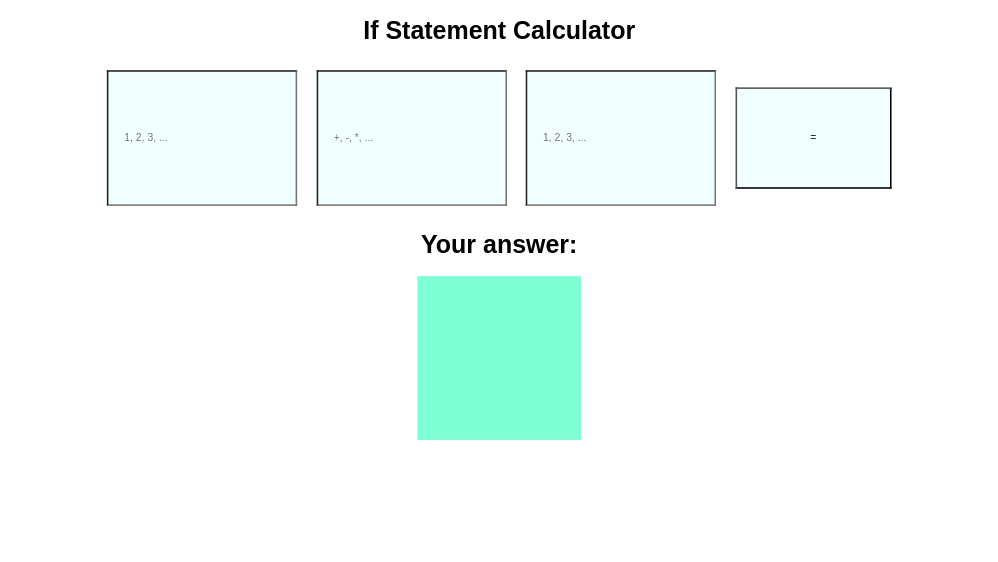
Repository: WesleyErasmus/threeInputCalculator
Page: html/if-calculator.html
These files come from the project's save history. The page is drawn as it stood at one moment and after the next save; the edit follows.
The browser window is 1280 px wide. The pictures show the whole page, at 78% of full size.

Above is the page before, as saved 2022-04-27 22:13:35.

### html/if-calculator.html
<!DOCTYPE html>
<html lang="en">
<head>
    <meta charset="UTF-8">
    <meta http-equiv="X-UA-Compatible" content="IE=edge">
    <meta name="viewport" content="width=device-width, initial-scale=1.0">
    <title>JS If Calculator</title>
    <link rel="stylesheet" href="/css/stylesheet.css">
    <script src="/js/if-calculator.js"></script>

</head>
<body>

<center>
    <form onsubmit="return false;">
        <h1>If Statement Calculator</h1>
        <!-- <div class="inputField"> -->
        <!-- <label for="input1">Enter a number</label> -->
         <input id="input1" type="text" name = "input1" placeholder="1, 2, 3, ..."> <!-- input-1 -->
        </div>
        <!-- <div class="inputField"> -->
         <!-- <label for="input3">Enter operator</label> -->
         <input id="input3" type="text" name = "input3" placeholder="+, -, *, ..."> <!-- input-3 (operator) -->
        </div>
        <!-- <div class="inputField"> -->
         <!-- <label for="input2">Enter a number </label> -->
         <input id="input2" type="text" name = "input2" placeholder="1, 2, 3, ..."> <!-- input-2 -->
        </div>
         <button onclick="sum()">=</button>
         <h1>Your answer:</h1>
         <p id="output"></p>
    </form>
</center>
</body>
</html>

### css/stylesheet.css
body {
font-family: sans-serif;
}
form {
display: block;
margin: 0 auto;
}
input {
    background-color: azure;
    width: 200px;
    height: 130px;
    padding: 20px;
    margin: 10px;

}
button {
    background-color: azure;
    width: 200px;
    height: 130px;
    padding: 0;
    margin: 10px;
}
p {
    width: 210px;
    height: 210px;
    background-color: aquamarine;
}

### js/if-calculator.js
function sum() {
const num1 = document.getElementById("input1").value;
const num2 = document.getElementById("input2").value;
const operator = document.getElementById("input3").value;
const output = document.getElementById("output").value;
  let answer;
  document.getElementById("output").value;
  if (operator == '+') {
    answer = +num1 + +num2;
    document.getElementById("output").innerHTML = answer;
  } else if (operator == '-') {
    answer = num1 - num2;
    document.getElementById("output").innerHTML = answer;
  } else if (operator == '*') {
    answer = num1 * num2;
    document.getElementById("output").innerHTML = answer;
  } else {
    answer = num1 / num2;
    document.getElementById("output").innerHTML = answer;
  }console.log(answer);
}

After the next save:
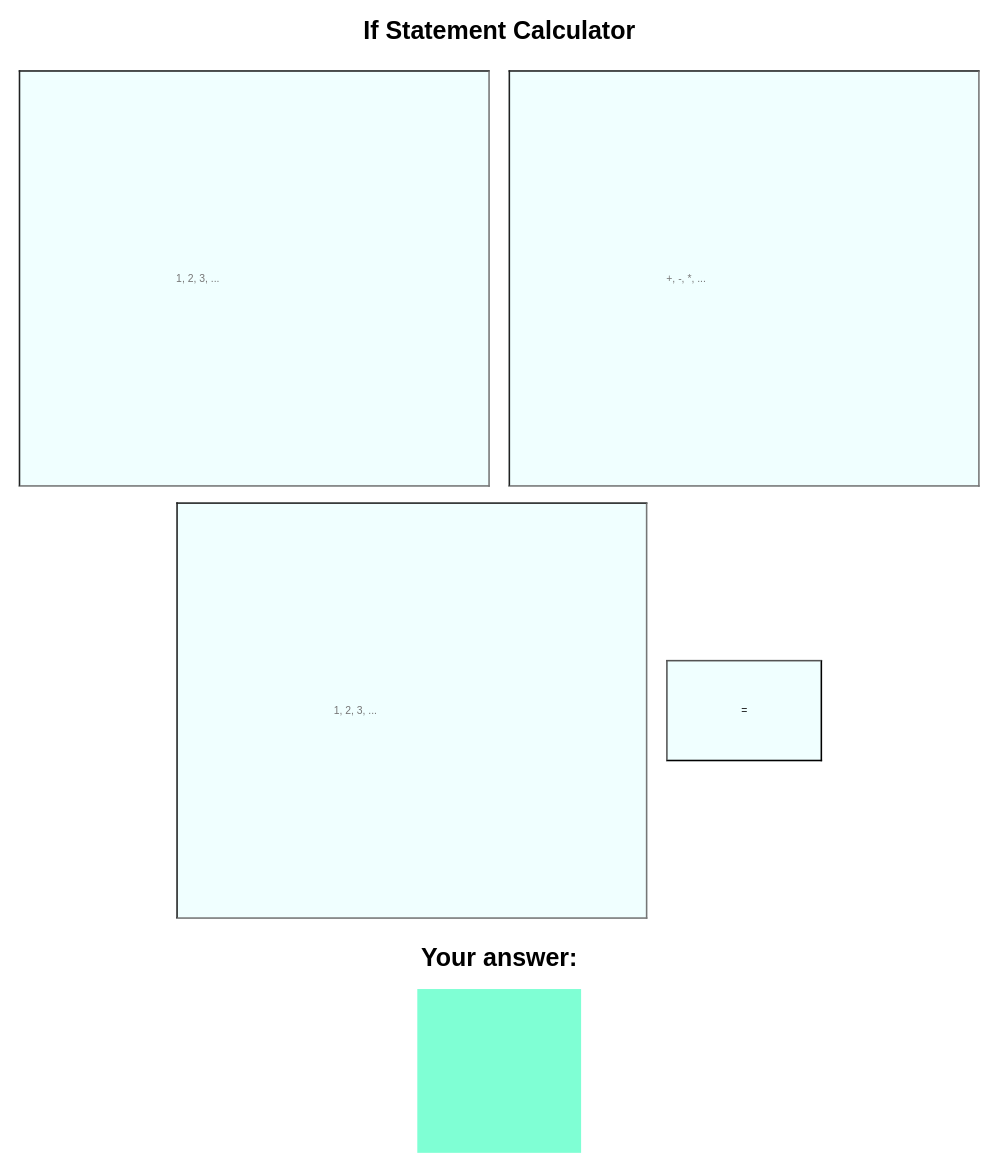
Saved 6 s later.
--- a/css/stylesheet.css
+++ b/css/stylesheet.css
@@ -9,7 +9,7 @@
     background-color: azure;
     width: 200px;
     height: 130px;
-    padding: 20px;
+    padding: 200px;
     margin: 10px;
 
 }

After the save that followed:
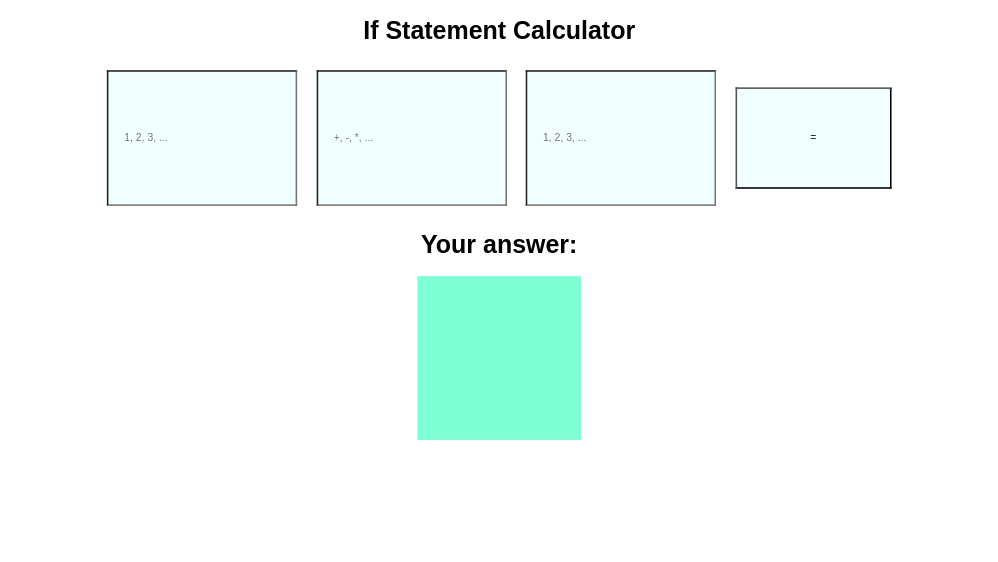
Saved 7 s later.
--- a/css/stylesheet.css
+++ b/css/stylesheet.css
@@ -9,7 +9,7 @@
     background-color: azure;
     width: 200px;
     height: 130px;
-    padding: 200px;
+    padding: 20px;
     margin: 10px;
 
 }
